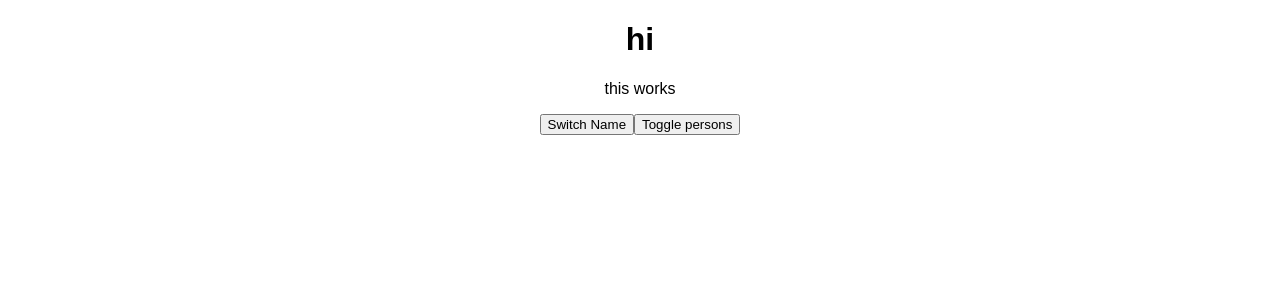
Repository: toni783/udemy_react
Page: / (app in react-complete-guide/)
These files come from the project's save history. The page is drawn as it stood at one moment and after the next save; the edit follows.
The browser window is 1280 px wide. The pictures show the whole page.
The project was rebuilt for these pictures with package versions that can differ from the ones it lists, and the page was loaded fresh each time. Also part of the build but not shown: react-complete-guide/src/Person/Person.js.

Above is the page before, as saved 2020-01-27 11:40:27.

### react-complete-guide/src/App.js
// class based approach
import React, { Component } from "react";
import styled from "styled-components";

import "./App.css";

import Person from "./Person/Person";

const StyledButton = styled.button`
background-color: white,
font: inherit,
border: 1px solid blue,
padding: 8px,
cursor: pointer

&:hover{
  background-color: lightgreen,
        color: black
}
`;

class App extends Component {
  state = {
    persons: [
      { id: 1, name: "Gilbert", age: 28 },
      { id: 2, name: "Yayu", age: 25 },
      { id: 3, name: "Vianel", age: 25 }
    ],
    otherProperty: "anything can be here ",
    showPersons: false
  };

  switchNameHandler = name => {
    // console.log('button clicked')
    this.setState({
      persons: [
        {
          name: name,
          age: 28
        },
        {
          name: "Yayu edited",
          age: 25
        }
      ]
    });
  };

  deletePersonHandler = index => {
    // const persons = this.state.persons;
    const persons = [...this.state.persons];
    persons.splice(index, 1);
    this.setState({ persons });
  };

  nameChangeHandler = (event, id) => {
    const personIndex = this.state.persons.findIndex(value => {
      return value.id === id;
    });

    const person = {
      ...this.state.persons[personIndex]
    };

    person.name = event.target.value;

    const persons = [...this.state.persons];
    persons[personIndex] = person;

    this.setState({ persons });
  };

  togglePersonsHandler = () => {
    const toggle = this.state.showPersons;
    this.setState({
      showPersons: !toggle
    });
  };

  render() {
    // const style = {
    // backgroundColor: "white",
    // font: "inherit",
    // border: "1px solid blue",
    // padding: "8px",
    // cursor: "pointer"
    // };

    let persons = null;

    if (this.state.showPersons) {
      persons = (
        <div>
          {/* <Person
            clicked={this.switchNameHandler.bind(this, "Gilbert with binding")}
            name={this.state.persons[0].name}
            age={this.state.persons[0].age}
          />

          <Person
            name={this.state.persons[1].name}
            age={this.state.persons[1].age}
            changed={this.nameChangeHandler}
          >
            {" "}
            and the inner content is this{" "}
          </Person> */}

          {this.state.persons.map((person, index) => {
            return (
              <Person
                clicked={() => this.deletePersonHandler(index)}
                name={person.name}
                age={person.age}
                key={person.id}
                changed={event => this.nameChangeHandler(event, person.id)}
              ></Person>
            );
          })}
        </div>
      );

      // style.backgroundColor = "red";
    }

    const clasess = [];
    if (this.state.persons.length <= 2) {
      clasess.push("red");
    }

    if (this.state.persons.length <= 1) {
      clasess.push("bold");
    }

    return (
      <div className="App">
        <h1>hi </h1>
        <p className={clasess.join(" ")}>this works </p>

        <button
          key="buttonHover"
          onClick={() => this.switchNameHandler("Gilbert with arrow function ")}
        >
          {" "}
          Switch Name{" "}
        </button>

        <StyledButton onClick={this.togglePersonsHandler}>
          Toggle persons
        </StyledButton>

        {persons}

        {/* turnary approach */}
        {/* {this.state.showPersons ? (
          <div>
            <Person
              clicked={this.switchNameHandler.bind(
                this,
                "Gilbert with binding"
              )}
              name={this.state.persons[0].name}
              age={this.state.persons[0].age}
            />

            <Person
              name={this.state.persons[1].name}
              age={this.state.persons[1].age}
              changed={this.nameChangeHandler}
            >
              {" "}
              and the inner content is this{" "}
            </Person>
          </div>
        ) : null} */}
      </div>
    );
  }
}

export default App;

// functional  based approach
// import React, { useState } from 'react';
// import './App.css';

// import Person from './Person/Person'

//  const app = props => {

//   const [personState, setPersonState] = useState(
//     {
//       persons: [
//         {
//           name: 'Gilbert',
//           age: 28
//         },
//         {
//           name: 'Yayu',
//           age: 25
//         }
//       ],
//      otherProperty: 'anything can be here '
//     }
//   );

//   const [otherState, setOtherState] =  useState({  otherProperty: 'anything can be here in other state '});

//   const switchNameHandler = () =>{
//     // console.log('button clicked')
//     setPersonState(
//       {
//         persons: [
//           {
//             name: 'Gilbert edited',
//             age: 28
//           },
//           {
//             name: 'Yayu edited',
//             age: 25
//           }
//         ]
//       }
//     );
//   }

// console.log(personState, otherState)

//     return (
//       <div className="App">
//            <h1>hi </h1>
//           <p>this works </p>

//           <button onClick={switchNameHandler}> Switch Name  </button>

//           <Person name={personState.persons[0].name} age={personState.persons[0].age}/>

//           <Person name={personState.persons[1].name} age={personState.persons[1].age}> and the inner content is this </Person>

//       </div>
//     );

// }

// export default app;

### react-complete-guide/src/App.css
.App {
  text-align: center;
}

.App-logo {
  animation: App-logo-spin infinite 20s linear;
  height: 80px;
}

.App-header {
  background-color: #222;
  height: 150px;
  padding: 20px;
  color: white;
}

.App-title {
  font-size: 1.5em;
}

.App-intro {
  font-size: large;
}

@keyframes App-logo-spin {
  from {
    transform: rotate(0deg);
  }

  to {
    transform: rotate(360deg);
  }
}

.red {
  color: red;
}

.bold {
  font-weight: bold;
}

Loaded but not shown: react-complete-guide/public/index.html (common file); react-complete-guide/src/index.js (common file); react-complete-guide/src/index.css (common file); react-complete-guide/src/registerServiceWorker.js (common file)

After the next save:
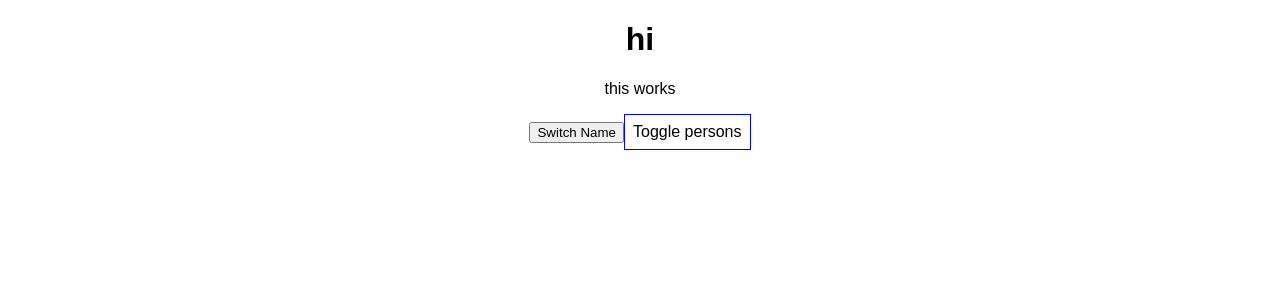
Saved 30 s later.
--- a/react-complete-guide/src/App.js
+++ b/react-complete-guide/src/App.js
@@ -7,16 +7,16 @@ import "./App.css";
 import Person from "./Person/Person";
 
 const StyledButton = styled.button`
-background-color: white,
-font: inherit,
-border: 1px solid blue,
-padding: 8px,
-cursor: pointer
-
-&:hover{
-  background-color: lightgreen,
-        color: black
-}
+  background-color: white;
+  font: inherit;
+  border: 1px solid blue;
+  padding: 8px;
+  cursor: pointe;
+
+  &:hover {
+    background-color: lightgreen;
+    color: blac;
+  }
 `;
 
 class App extends Component {
